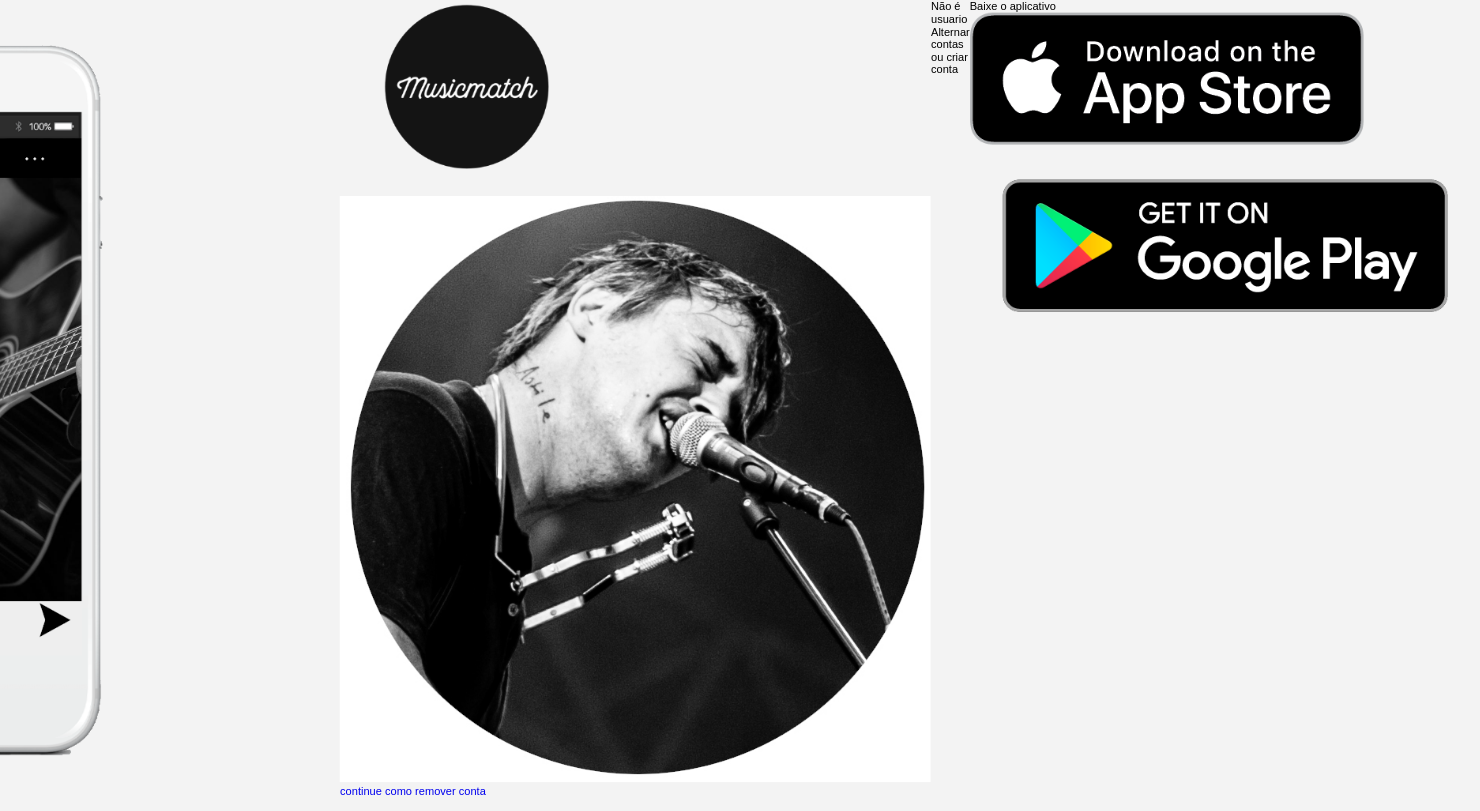
Repository: julianopedraca/matchmusic
Page: index.html
The author's editor kept a copy of each file at every save. The page is drawn from the files as they stood at one save, then again after the next save.
The browser window is 1280 px wide. The page is 1874 px wide, so the pictures cover 1874 px, including what lies to the right of the window. The pictures show the whole page, at 79% of full size.

Above is the page before, as saved 2022-06-09 20:49:59.

After the next save:
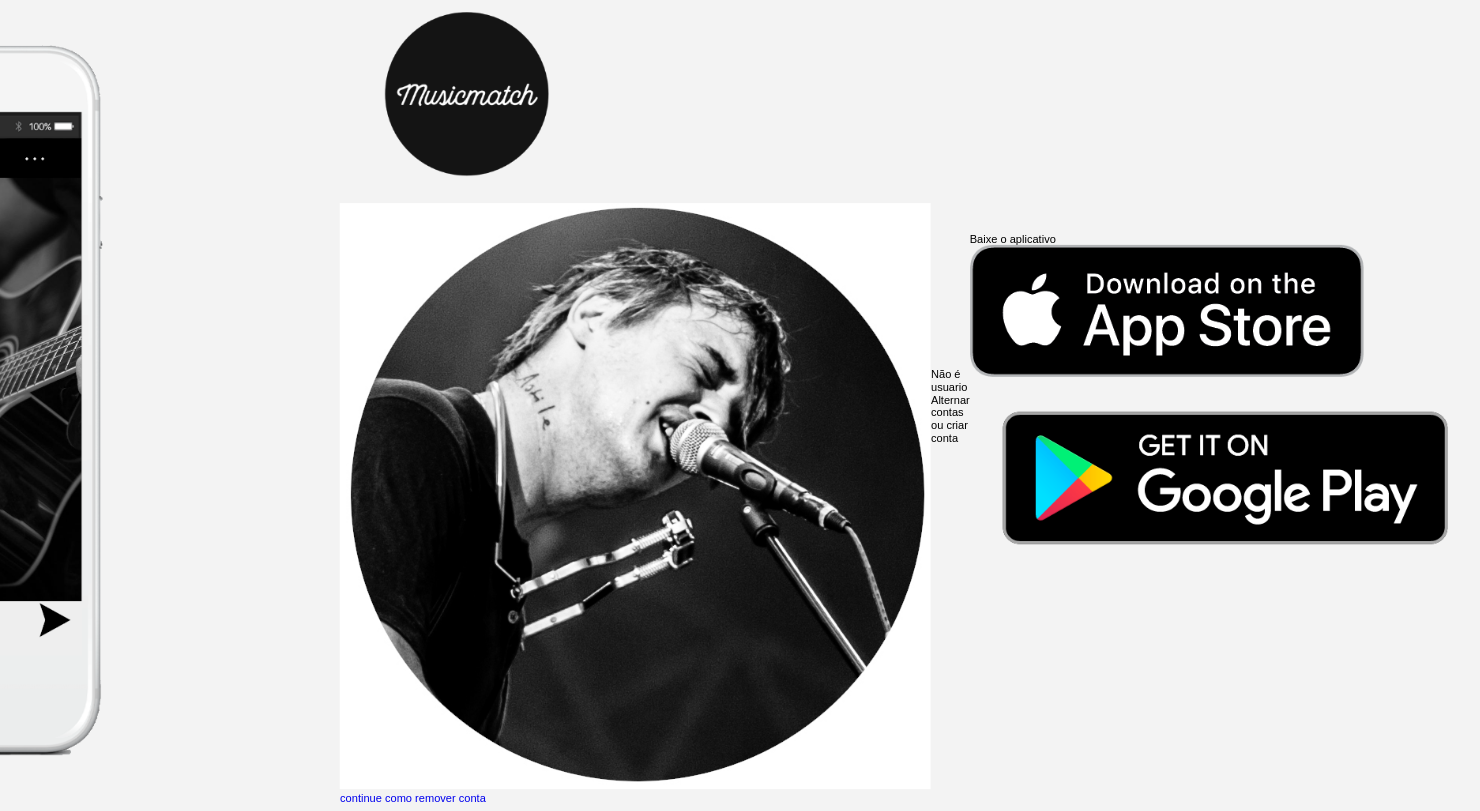
Saved 4 s later.
--- a/style.css
+++ b/style.css
@@ -20,5 +20,5 @@
 
 .musicmatch-wrapper{
     display: flex;
-    align-item
+    align-items: center
 }
